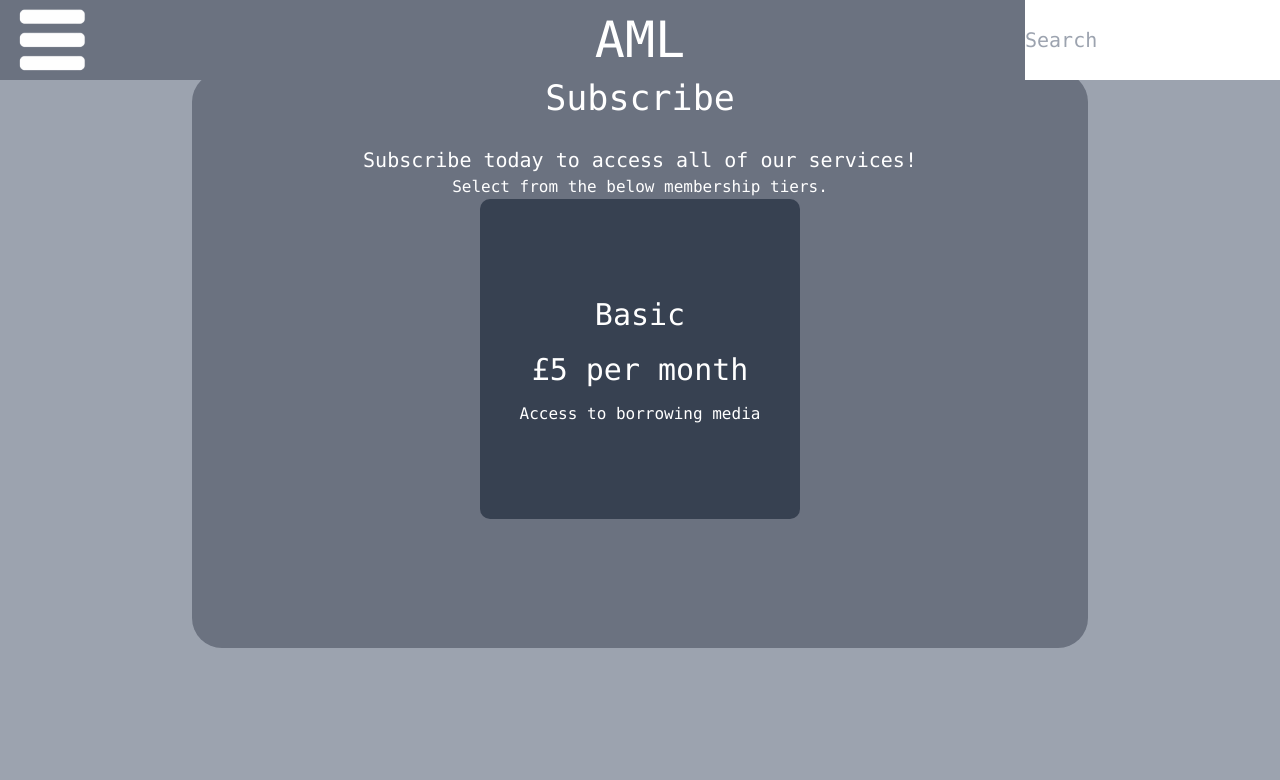
Repository: DuyKhanhDo/AML-Concept
Page: http://localhost/subscribe
An editor plug-in stored every save of this project. The page is shown before and after the next save, followed by the edit.
The browser window is 1280 px wide. The pictures show the whole page.
Some web libraries are served in a nearby version. The page is served by the project's Laravel application, run on PHP 8.4 with Laravel 12. A made-up administrator, Test User (test@example.com), is signed in.

Above is the page before, as saved 2024-11-11 12:55:40.

After the next save:
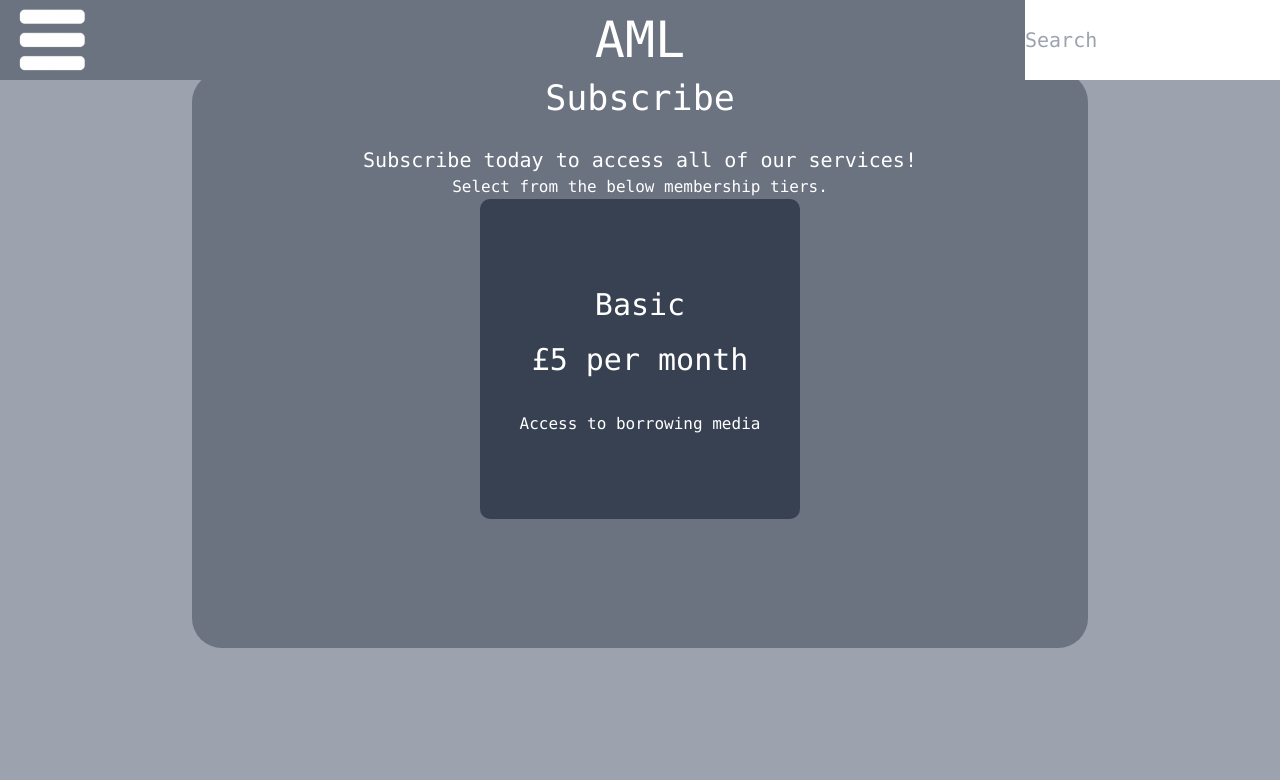
Saved 29 s later.
--- a/resources/views/subscribe.blade.php
+++ b/resources/views/subscribe.blade.php
@@ -7,7 +7,7 @@
                 <h5>Select from the below membership tiers.</h5>
                 <button class="bg-gray-700 rounded-[10px] w-[20rem] h-[20rem]">
                     <h2 class="text-[30px] mb-[10px]">Basic</h2>
-                    <h2 class="text-[30px] mb-[10px]">£5 per month</h2>
+                    <h2 class="text-[30px] mb-[30px]">£5 per month</h2>
                     <h3>Access to borrowing media</h3>
                 </button>
             </div>
